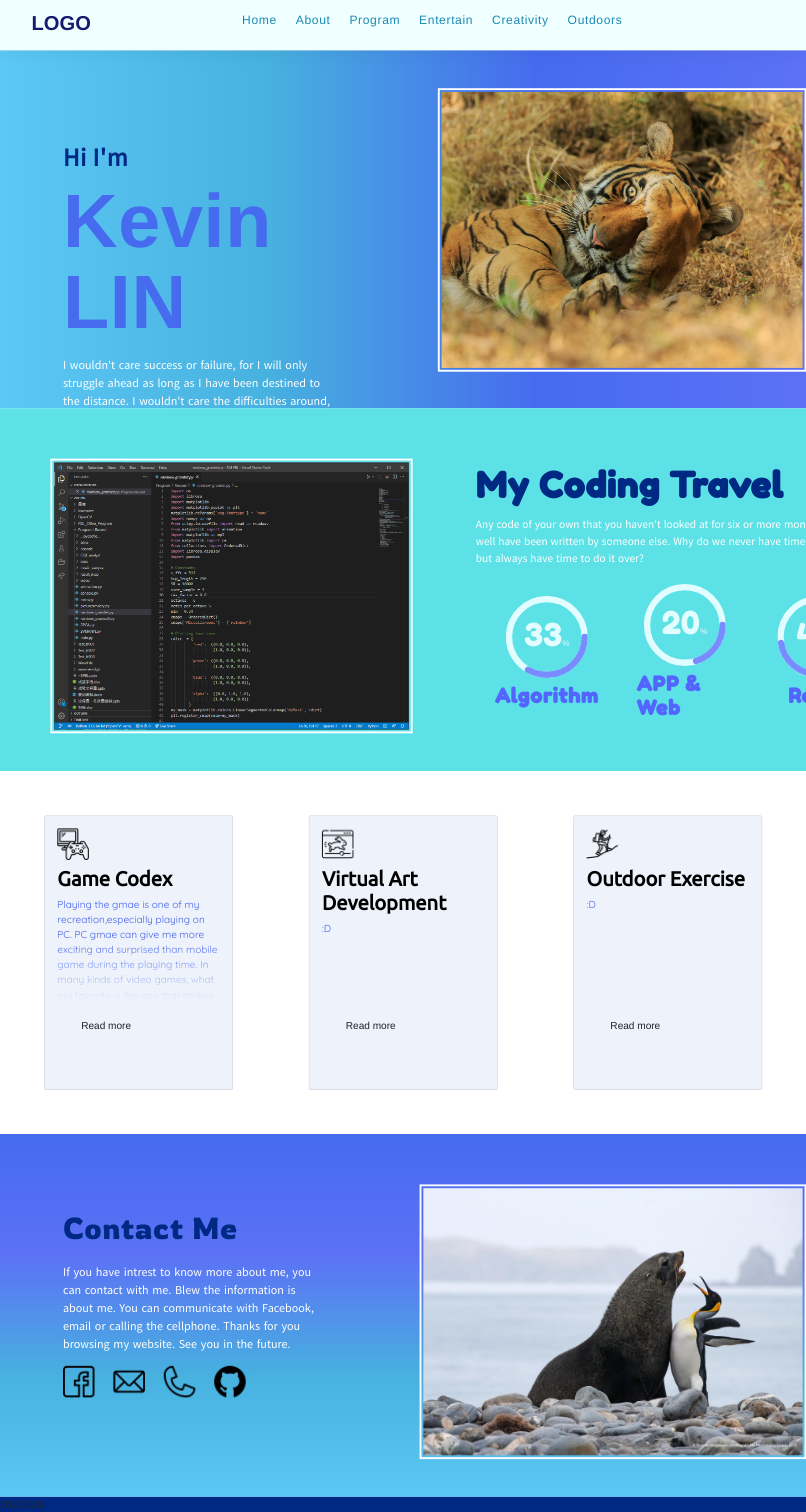
Repository: KevinYu0515/DeadByDaylight-custom-wiki
Page: /
These files come from the project's save history. The page is drawn as it stood at one moment and after the next save; the edit follows.
The browser window is 1280 px wide. The pictures show the whole page, at 63% of full size.
Some web libraries are served in a nearby version. The project was rebuilt for these pictures with package versions that can differ from the ones it lists, and the page was loaded fresh each time. Also part of the build but not shown: vite.config.js, vue.config.js.

Above is the page before, as saved 2022-03-19 21:43:44.

After the next save:
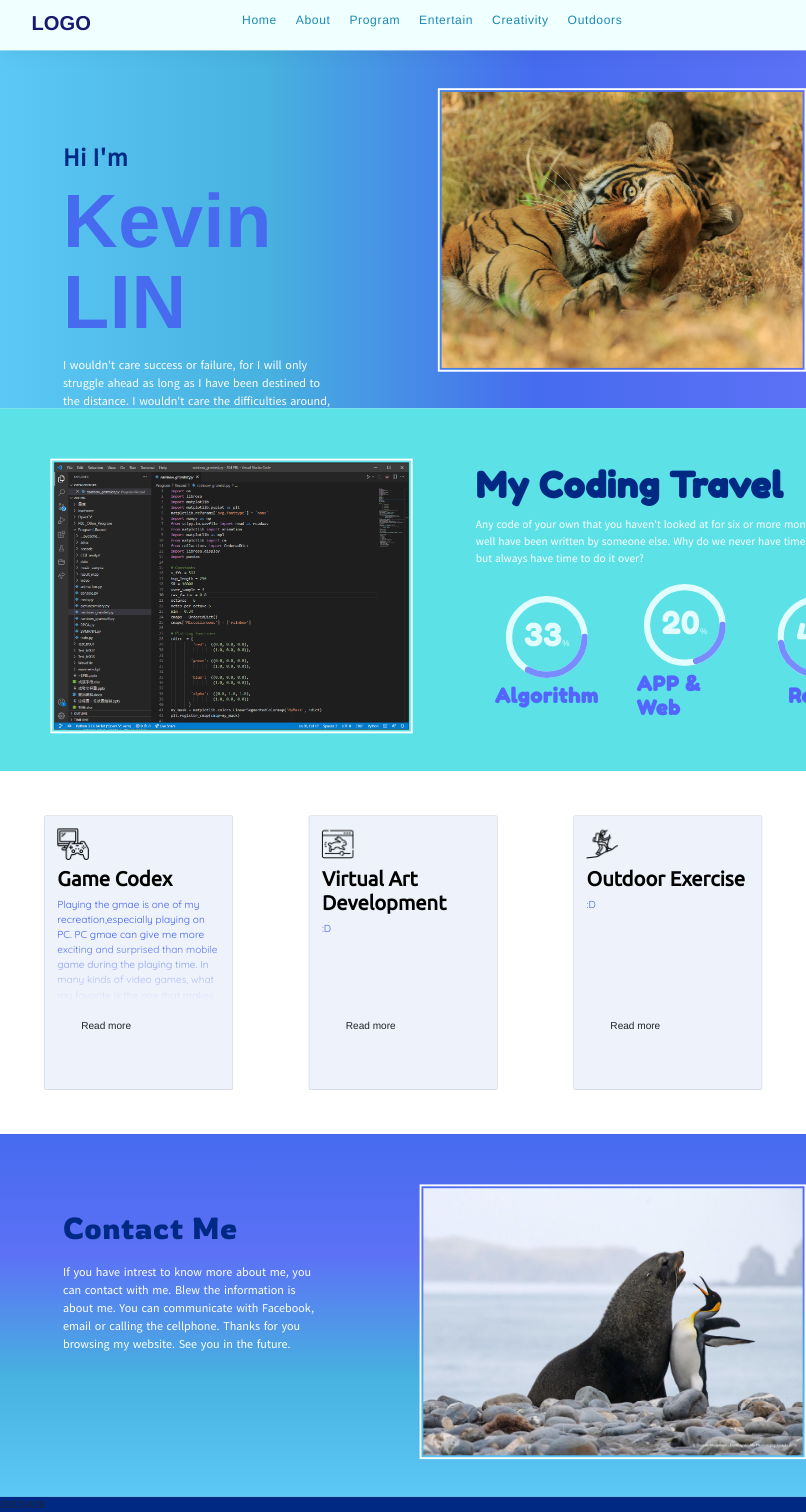
Saved 2 min 3 s later.
--- a/src/views/Home.vue
+++ b/src/views/Home.vue
@@ -118,7 +118,7 @@
 
 export default {
   data:()=>({
-      media_icons:[{
+      media_icon:[{
           icon: require("@/assets/icon/facebook1.png"),
           path: "https://www.facebook.com/profile.php?id=100009946749327",
       },

After the save that followed:
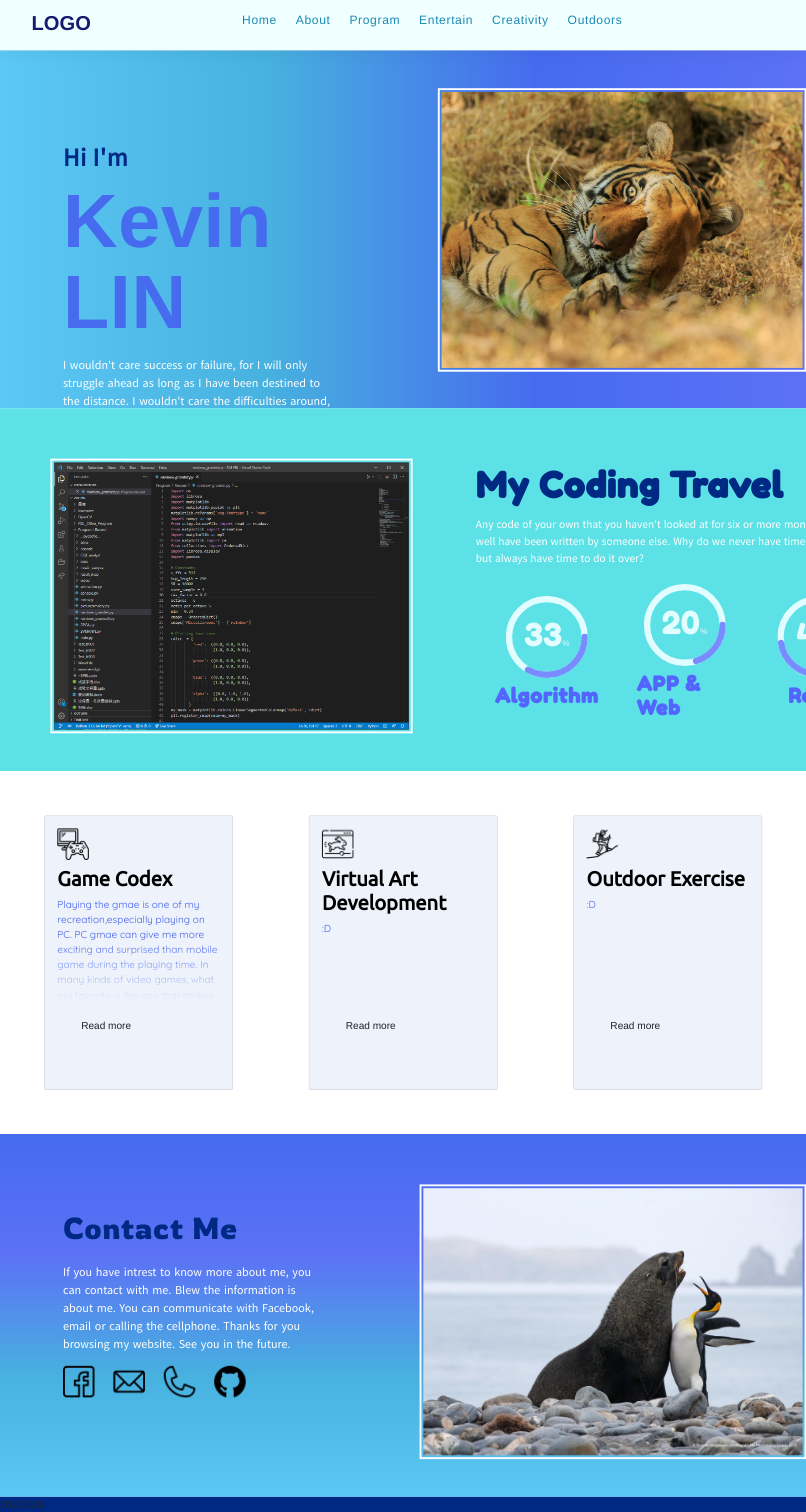
Saved 15 s later.
--- a/src/views/Home.vue
+++ b/src/views/Home.vue
@@ -118,7 +118,7 @@
 
 export default {
   data:()=>({
-      media_icon:[{
+      media_icons:[{
           icon: require("@/assets/icon/facebook1.png"),
           path: "https://www.facebook.com/profile.php?id=100009946749327",
       },
